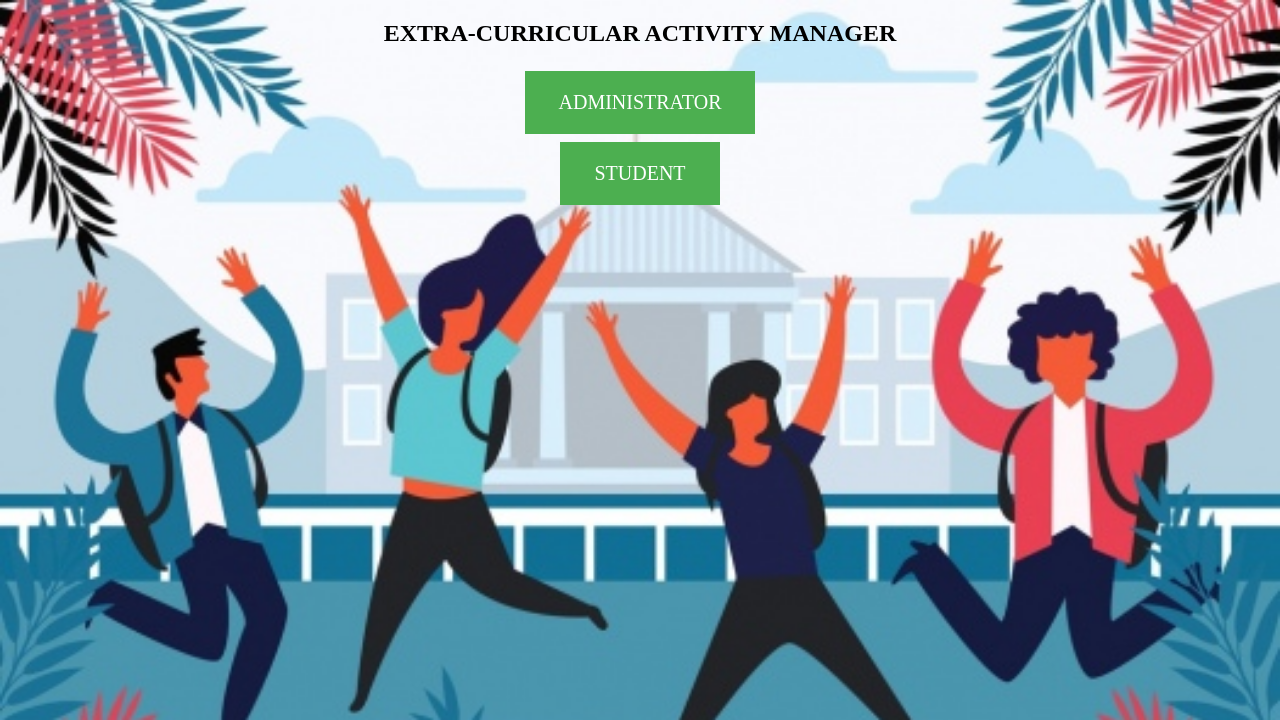
Repository: Malz6/DBMS-ActivityTracking
Page: dbs/WebContent/first.html
An editor plug-in stored every save of this project. The page is shown before and after the next save, followed by the edit.
The browser window is 1280 px wide. The pictures show the whole page.

Above is the page before, as saved 2019-12-12 12:28:36.

### dbs/WebContent/first.html
<!DOCTYPE html>
<html>
   <head>
      <title>EXTRA-CURRICULAR ACTIVITIES</title>
      <style>
	      body
	      {
			  background-image: url('1.jpg');
  			  background-repeat: no-repeat;
 			  background-attachment: fixed;
 			  background-size: cover;
}



         .button {
         background-color: #4CAF50 ;
         border: none;
         color: white;
         padding: 20px 34px;
         text-align: center;
         text-decoration: none;
         display: inline-block;
         font-size: 20px;
         margin: 4px 2px;
         cursor: pointer;
         }
      </style>
   </head>
   <body>
   	  <center><h2>EXTRA-CURRICULAR ACTIVITY MANAGER</h2></center>
      <center><a href="admin.html" class="button">ADMINISTRATOR</a></center>
      <center><a href="student.html" class="button">STUDENT</a></center>
   </body>
</html>

After the next save:
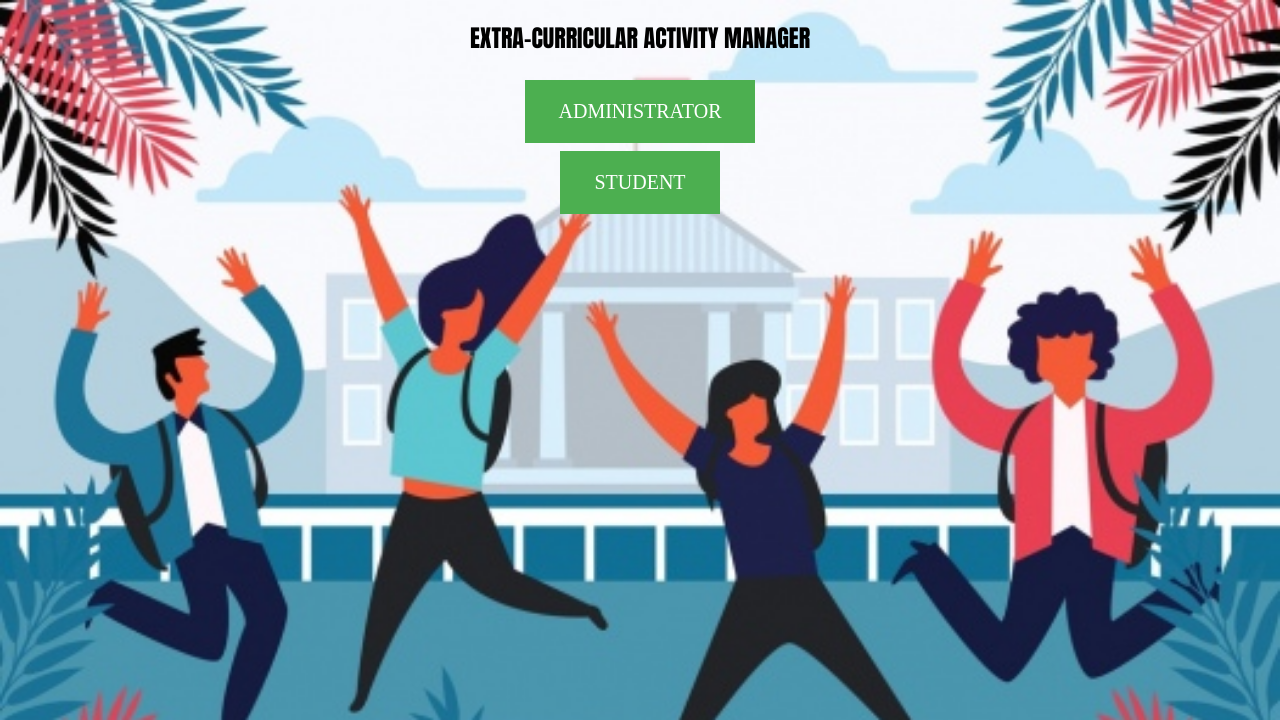
Saved 39 min 45 s later.
--- a/dbs/WebContent/first.html
+++ b/dbs/WebContent/first.html
@@ -9,9 +9,11 @@
   			  background-repeat: no-repeat;
  			  background-attachment: fixed;
  			  background-size: cover;
-}
-
-
+		  }
+		 h2
+		 {
+		 	font-family : Impact, Charcoal, sans-serif;
+		 }
 
          .button {
          background-color: #4CAF50 ;
